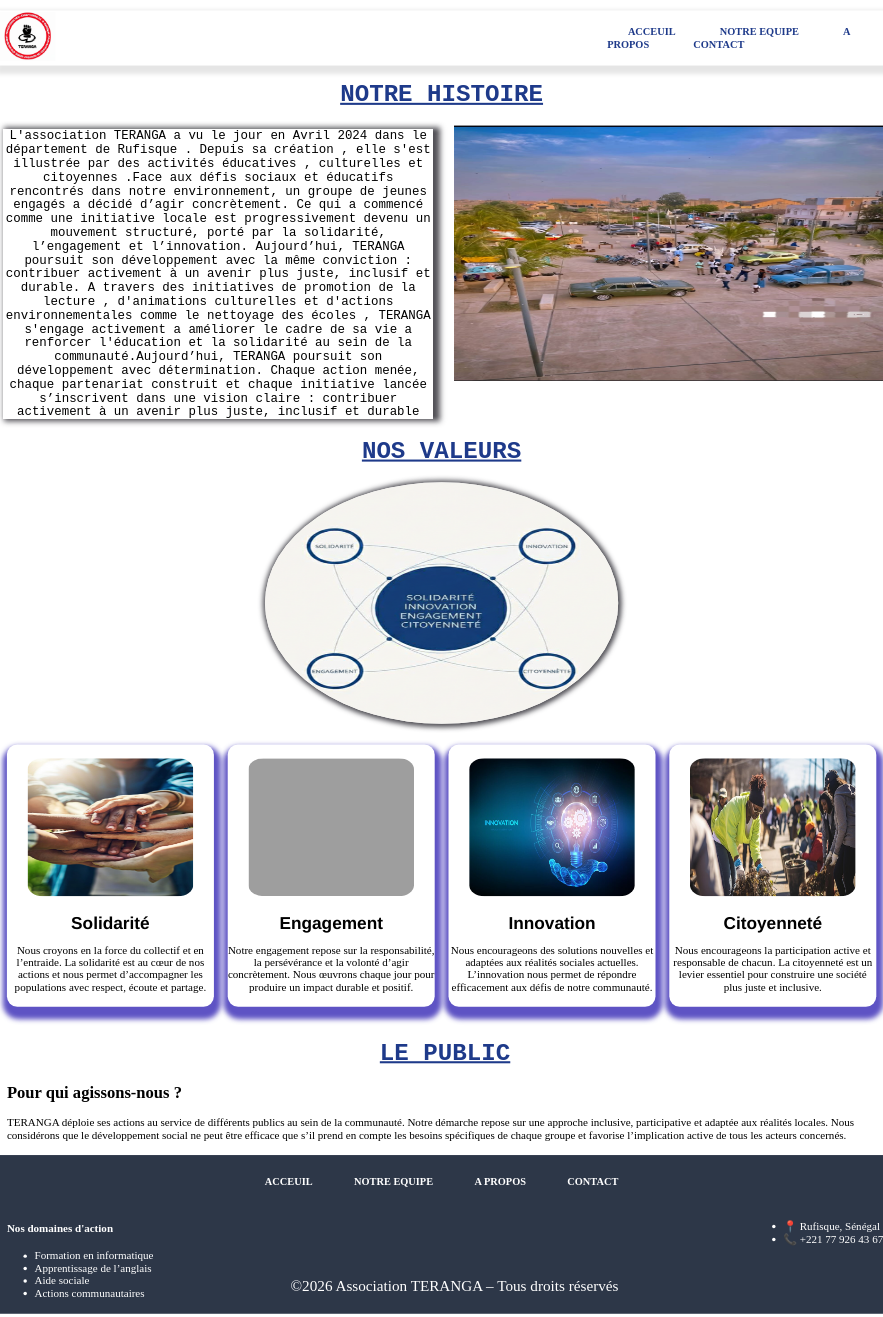
Repository: assanendao171/projet-teranga
Page: propos.html
The author's editor kept a copy of each file at every save. The page is drawn from the files as they stood at one save, then again after the next save.
The browser window is 1280 px wide. The pictures show the whole page, at 69% of full size.
Pictures or frames that could not be fetched are drawn as grey boxes.

Above is the page before, as saved 2026-02-12 13:42:47.

### propos.html
<!DOCTYPE html>
<html lang="en">
<head>
    <meta charset="UTF-8">
    <meta name="viewport" content="width=device-width, initial-scale=1.0">
    <title>Document</title>
    <link rel="stylesheet" href="propos.css">
</head>
<body>
        <!-- l'entete -->
    <header>
      <!-- logo -->
       <div class="contain-logo">
      <img src="image/logo.jpeg" alt="" class="logo" />
      </div>
      <div class="btn-nav">
        <nav>
          <a href="acceuil.html" target="_blank">ACCEUIL</a>
          <a href="equipe.html" target="_blank">NOTRE EQUIPE</a>
          <a href="propos.html" target="_blank">A PROPOS</a>
          <a href="contact.html" target="_blank">CONTACT</a>

        </nav>
      </div>
    </header>
<!-- corps -->
<main>
<!-- section histoire -->
      <h1 id="histoire">NOTRE HISTOIRE</h1>
<div class="contain-histoire">
<p id="p-histoire">L'association TERANGA a vu le jour en Avril 2024 dans le département de Rufisque . Depuis sa création , elle
    s'est illustrée par des activités éducatives , culturelles et citoyennes .Face aux défis sociaux et éducatifs rencontrés dans notre environnement, un groupe de jeunes engagés a décidé d’agir concrètement.

Ce qui a commencé comme une initiative locale est progressivement devenu un mouvement structuré, porté par la solidarité, l’engagement et l’innovation.

Aujourd’hui, TERANGA poursuit son développement avec la même conviction : contribuer activement à un avenir plus juste, inclusif et durable.
     A travers des initiatives
    de promotion de la lecture , d'animations culturelles et d'actions environnementales comme le
    nettoyage des écoles , TERANGA s'engage activement a améliorer le cadre de sa vie a renforcer l'éducation
    et la solidarité au sein de la communauté.Aujourd’hui, TERANGA poursuit son développement avec détermination. Chaque action menée, chaque partenariat construit et chaque initiative lancée s’inscrivent dans une
    vision claire : contribuer activement à un avenir plus juste, inclusif et durable
</p>
<img src="image/histoireImage.jpeg" alt="photo histoire" class="photo-histoire">
</div>
<h1 id="valeur">NOS VALEURS</h1>
<div class="contain-valeur">
<img src="image/photo-valeur.png" alt="" class="photo-valeur">
</div>
      <div class="contain-image">
        <div class="image1">
          <img
            src="image/solidatité.jpg"
            alt="aide social"
            class="image-aide" />
          <span id="texte-aide-social">Solidarité</span>
          <p>Nous croyons en la force du collectif et en l’entraide.
La solidarité est au cœur de nos actions et nous permet d’accompagner les populations avec respect, écoute et partage.</p>
        </div>
        <!-- ____________________ -->
        <div class="image1">
          <img src="image/engagement.jpg" alt="education" class="image-aide" />
          <span id="texte-aide-social">Engagement</span>
          <p>Notre engagement repose sur la responsabilité, la persévérance et la volonté d’agir concrètement.
Nous œuvrons chaque jour pour produire un impact durable et positif.</p>
        </div>
        <!-- ___________________________________ -->
        <div class="image1">
          <img
            src="image/innovation.jpg"
            alt="environnement"
            class="image-aide" />
          <span id="texte-aide-social">Innovation</span>
          <p>Nous encourageons des solutions nouvelles et adaptées aux réalités sociales actuelles.
L’innovation nous permet de répondre efficacement aux défis de notre communauté.</p>
          <!-- ______________________________________________ -->
        </div>
                <div class="image1">
          <img
            src="image/citoyennete.jpg"
            alt="environnement"
            class="image-aide" />
          <span id="texte-aide-social">Citoyenneté</span>
          <p>Nous encourageons la participation active et responsable de chacun.
La citoyenneté est un levier essentiel pour construire une société plus juste et inclusive.</p>
          <!-- ______________________________________________ -->
        </div>
      </div>

    <!-- le public -->
     <div class="containt-public">
        <h1 id="public">LE PUBLIC</h1>
    <h2>Pour qui agissons-nous ?</h2>
    <p>TERANGA déploie ses actions au service de différents publics au sein de la communauté. Notre démarche repose sur une approche inclusive, participative et adaptée aux réalités locales. Nous considérons que le développement social ne peut être efficace que s’il prend en compte les besoins spécifiques de chaque groupe et favorise l’implication active de tous les acteurs concernés.</p>
     </div>
</main>

    <footer>
      <nav class="btn-footer">
        <a href="acceuil.html" target="_blank">ACCEUIL</a>
        <a href="equipe.html" target="_blank">NOTRE EQUIPE</a>
        <a href="propos.html" target="_blank">A PROPOS</a>
        <a href="contact.html" target="_blank">CONTACT</a>

      </nav>
      <div class="contain-footer">
        <div class="liste-footer">
          <h4>Nos domaines d'action</h4>
          <ul>
            <li>Formation en informatique</li>
            <li>Apprentissage de l’anglais</li>
            <li>Aide sociale</li>
            <li>Actions communautaires</li>
          </ul>
        </div>
        <div class="copyright">
          <p>&copy;2026 Association TERANGA – Tous droits réservés</p>
        </div>
        <div class="contact">
          <ul>
            <li>📍 Rufisque, Sénégal</li>
            <li>📞 +221 77 926 43 67</li>
          </ul>
        </div>
      </div>
    </footer>
</body>
</html>

### propos.css
body{
    margin: 15px 0 5px 0;
}
header{
width: 100%;
height: 80px;
background-color: #FFFFFF;
box-shadow: 2px 6px 6px 6px rgba(0, 0, 0, 0.1);
display: flex;
align-items: center;
justify-content: center;
gap: 800px;
}
nav a{
    margin: 30px;
    color: #1E3A8A;
    text-decoration: none;
    font-size: 15px;
    font-weight:900;
}
nav a:hover{
    text-decoration: underline;
}
.logo{
    width: 80px;
left: 10px;
}














































footer{
    background-color: #2D3748;
    width: 100%;
    height: 230px;
    margin-top: 20px;
}
.btn-footer{
    display: flex;
    flex-direction: row;
    justify-content: center;

}
.btn-footer a{
    padding: px;
    color: #FFFFFF;
    margin: 10x;
    font-size: 15px;
}
.liste-footer{
    margin-left: 10px;
        color: #FFFFFF;

}
.contact{
    display: flex;
    flex-direction: row;
    justify-content: flex-end;
    color: #FFFFFF;
}
.contain-footer{
    display: flex;
    flex-direction: row;
    justify-content: space-between;
}
.copyright{
        color: #FFFFFF;
    font-size: 22px;
    display: flex;
    flex-direction: column;
    justify-content: flex-end;
}
/* section histoire */
#histoire{
        color: #1E3A8A;

    text-align: center;
    font-size: 35px;
font-family: 'Courier New', Courier, monospace;
text-decoration: underline;

}
.contain-histoire{
    display: flex;
    gap: 25px;
}
#p-histoire{
    text-align: center;
    font-size: 18px;
font-family: 'Courier New', Courier, monospace;
margin: 5px ;
   width: 50%;
    box-shadow: 5px 1px 8px 4px rgba(31, 30, 37, 0.781);
}
.photo-histoire{
    width: 50%;
    height: 370px;
}
#valeur{
        color: #1E3A8A;

    text-align: center;
    font-size: 35px;
font-family: 'Courier New', Courier, monospace;
text-decoration: underline;

}
.photo-valeur{
    width: 40%;
    height: 350px;
border-radius: 50%;
    box-shadow: 1px 1px 8px 4px rgba(31, 30, 37, 0.781);
}
.contain-valeur{
    display: flex;
    flex-direction: row;
    justify-content: center;
}

.contain-image{
    padding-top: 30px;
    display: flex;
    gap: 20px;
    text-align: center;
    justify-content: center;
    align-items: center;
}
.image1{
    width: 300px;
    height: 380px;
    text-align: center;
    background-color: rgb(255, 255, 255);
    border-radius: 15px;
    box-shadow: 2px 10px 8px 8px rgba(49, 34, 180, 0.781);
    color: #000000;

}
.image-aide{
        width: 240px;
    height: 200px;
    padding: 20px;
    border-radius: 15%;
}
.image-aide:hover{
    transition: 0.5s;
    transform: scale(1.1);
}
#texte-aide-social{
        font-size: 25px;
        font-weight:bold;
font-family:'Franklin Gothic Medium', 'Arial Narrow', Arial, sans-serif
}
#public{
        color: #1E3A8A;
padding-top: 25px;
    text-align: center;
    font-size: 35px;
font-family: 'Courier New', Courier, monospace;
text-decoration: underline;
}
.containt-public{
    margin-left: 10px;
}

After the next save:
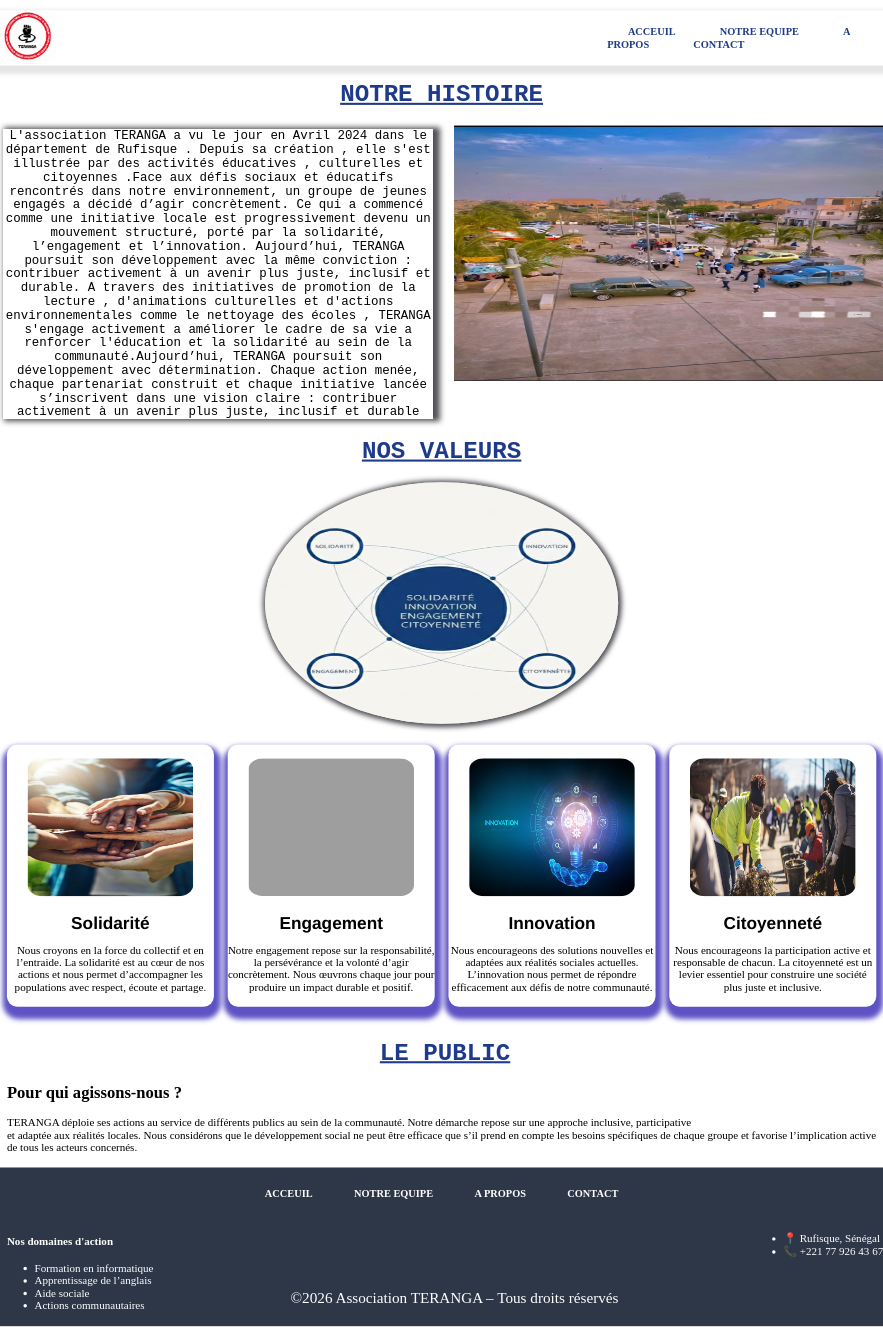
Saved 23 s later.
--- a/propos.html
+++ b/propos.html
@@ -90,7 +90,7 @@ La citoyenneté est un levier essentiel pour construire une société plus juste
      <div class="containt-public">
         <h1 id="public">LE PUBLIC</h1>
     <h2>Pour qui agissons-nous ?</h2>
-    <p>TERANGA déploie ses actions au service de différents publics au sein de la communauté. Notre démarche repose sur une approche inclusive, participative et adaptée aux réalités locales. Nous considérons que le développement social ne peut être efficace que s’il prend en compte les besoins spécifiques de chaque groupe et favorise l’implication active de tous les acteurs concernés.</p>
+    <p>TERANGA déploie ses actions au service de différents publics au sein de la communauté. Notre démarche repose sur une approche inclusive, participative <br>et adaptée aux réalités locales. Nous considérons que le développement social ne peut être efficace que s’il prend en compte les besoins spécifiques de chaque groupe et favorise l’implication active de tous les acteurs concernés.</p>
      </div>
 </main>
 
